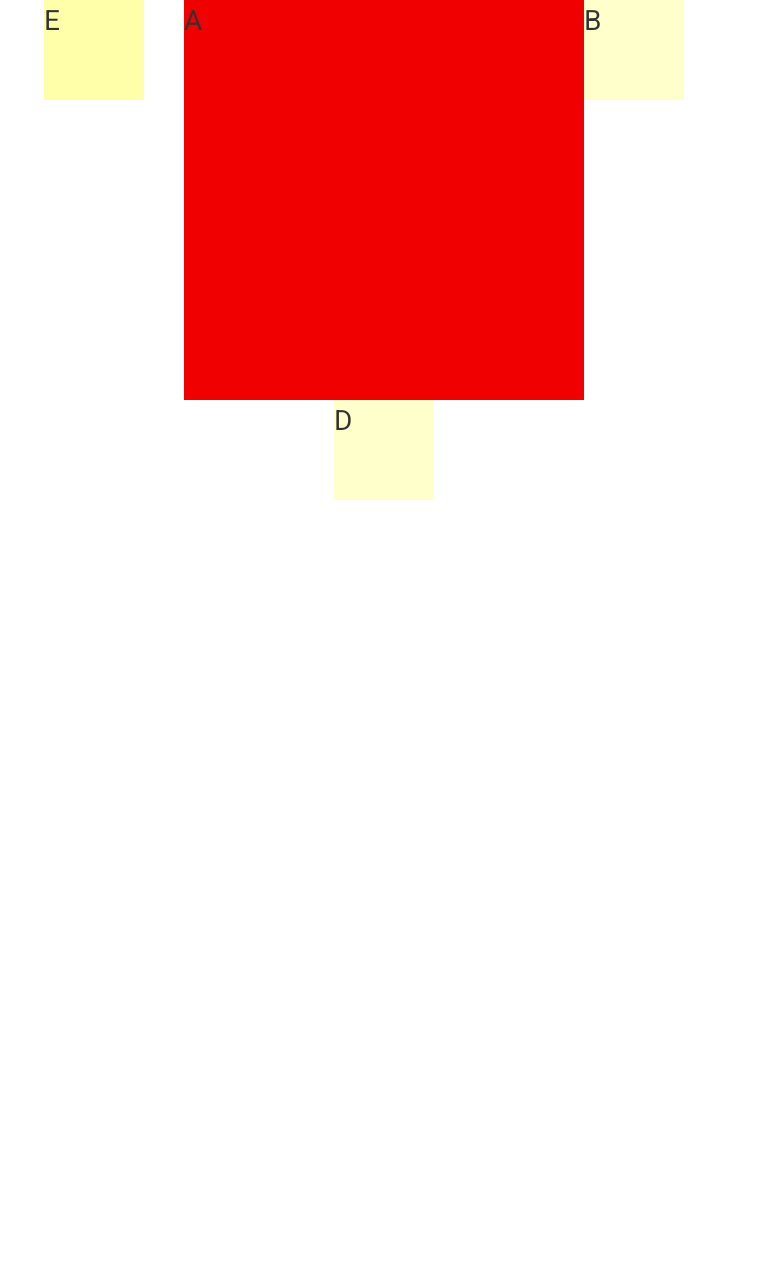
Repository: ablanchard/formation-android
Layout: Bonus/res/layout/fragment_main.xml
The author's editor kept a copy of each file at every save. The layout is drawn from the files as they stood at one save, then again after the next save.
It is drawn on a 768 x 1280 px phone screen (xhdpi) without system bars, with theme AppTheme; the app's code is not run.

Above is the layout before, as saved 2014-04-29 09:51:00.

### Bonus/res/layout/fragment_main.xml
<RelativeLayout xmlns:android="http://schemas.android.com/apk/res/android"
    xmlns:tools="http://schemas.android.com/tools"
    android:layout_width="match_parent"
    android:layout_height="match_parent"
    tools:context="com.example.bonus.MainActivity$PlaceholderFragment" >


    <TextView
        android:layout_width="50dp"
        android:layout_height="50dp"
        android:text="E"
        android:layout_marginRight="20dp"
        android:background="#FFFFFFAA"
        android:layout_toLeftOf="@+id/A"
        android:layout_alignParentTop="true"
        android:id="@+id/E"/>

     <TextView
        android:layout_width="200dp"
        android:layout_height="200dp"
        android:text="A"
        android:id="@+id/A"
        android:background="#FFF00000"
        android:layout_centerHorizontal="true"
        android:layout_alignParentTop="true"/>

     <TextView
        android:layout_width="50dp"
        android:layout_height="50dp"
        android:text="D"
        android:id="@+id/D"
        android:background="#FFFFFFCC"
        android:layout_centerHorizontal="true"
        android:layout_below="@+id/A"/>
     <TextView
        android:layout_width="50dp"
        android:layout_height="50dp"
        android:text="B"
        android:id="@+id/B"
        android:background="#FFFFFFCC"
        android:layout_toRightOf="@+id/A"
        android:layout_alignBaseline="@+id/A"/>


</RelativeLayout>

Loaded but not shown: Bonus/res/values/styles.xml (common file); Bonus/res/values-v11/styles.xml (common file); Bonus/res/values-v14/styles.xml (common file)

After the next save:
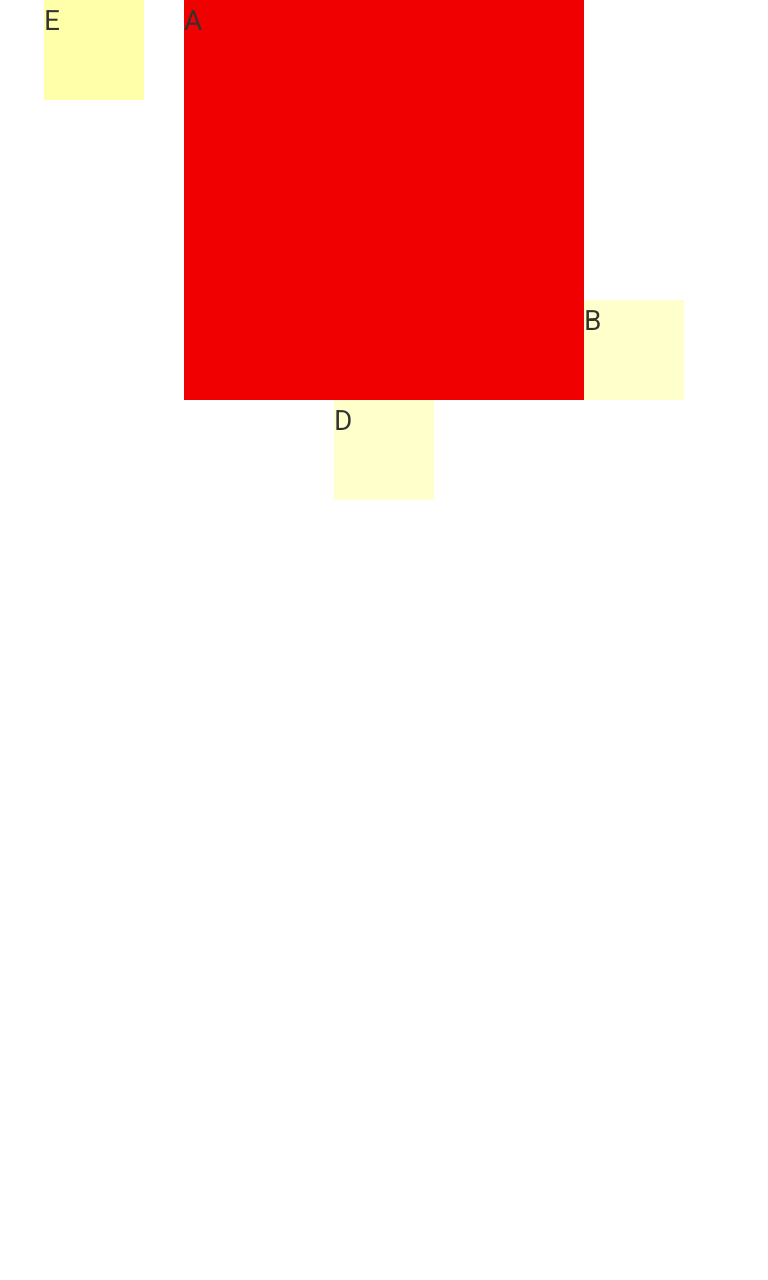
Saved 31 s later.
--- a/Bonus/res/layout/fragment_main.xml
+++ b/Bonus/res/layout/fragment_main.xml
@@ -39,7 +39,7 @@
         android:id="@+id/B"
         android:background="#FFFFFFCC"
         android:layout_toRightOf="@+id/A"
-        android:layout_alignBaseline="@+id/A"/>
+        android:layout_alignBottom="@+id/A"/>
 
 
 </RelativeLayout>
